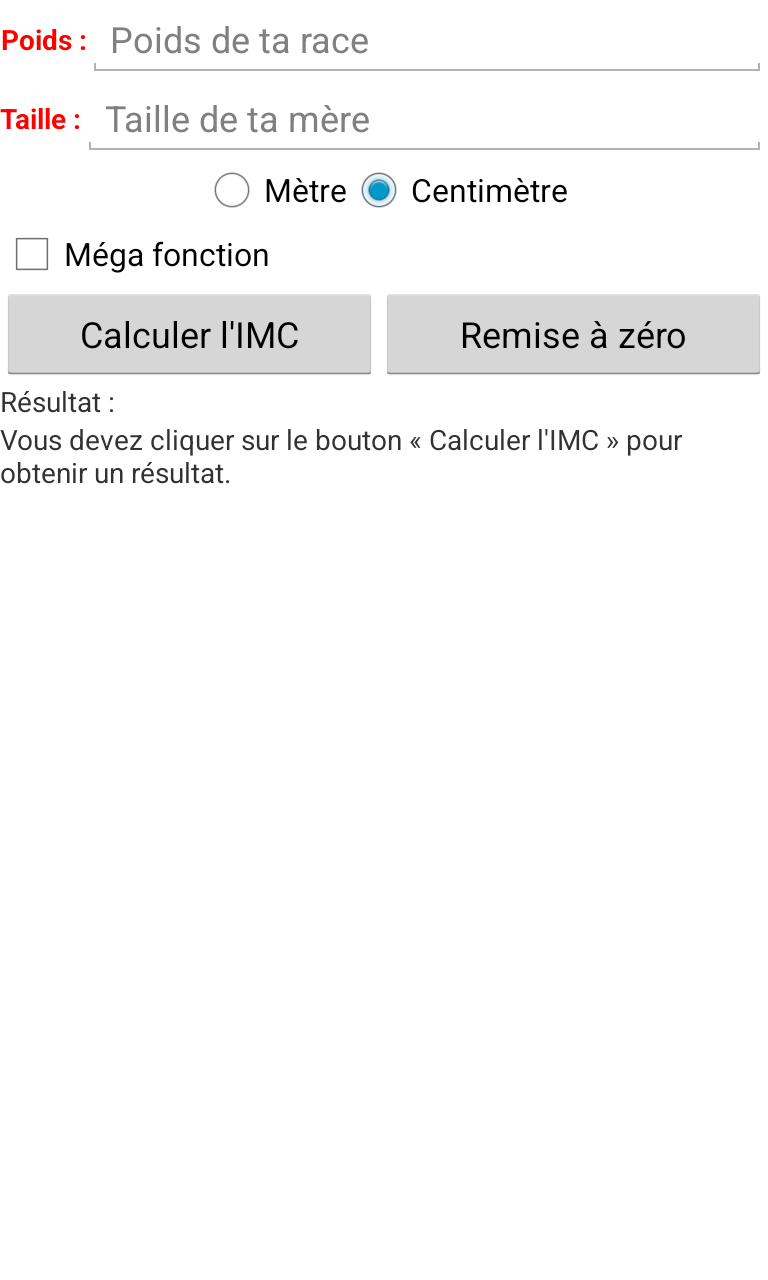
Repository: BlackyFox/PST4-NFC
Layout: Antoine/App_test/res/layout/activity_main.xml
The author's editor kept a copy of each file at every save. The layout is drawn from the files as they stood at one save, then again after the next save.
It is drawn on a 768 x 1280 px phone screen (xhdpi) without system bars, with theme AppTheme; the app's code is not run.

Above is the layout before, as saved 2014-11-03 16:43:29.

After the next save:
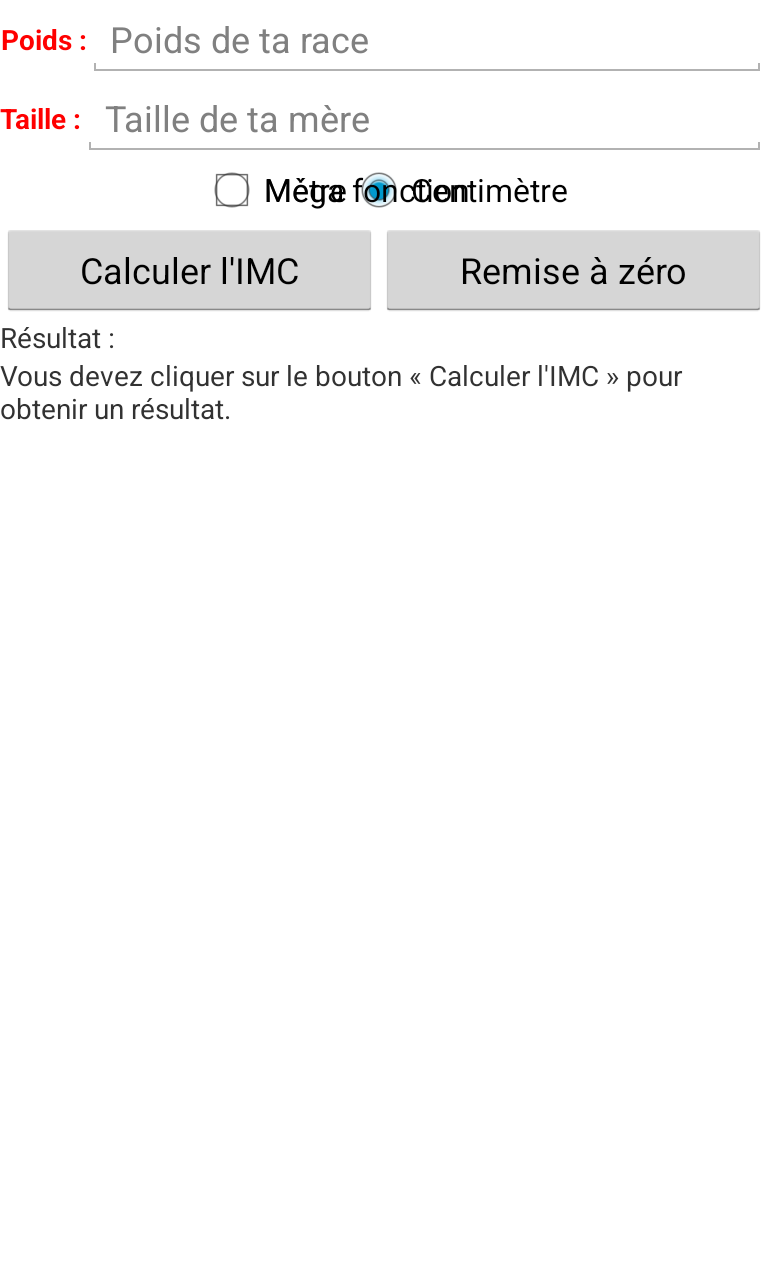
Saved 66 s later.
--- a/Antoine/App_test/res/layout/activity_main.xml
+++ b/Antoine/App_test/res/layout/activity_main.xml
@@ -66,13 +66,14 @@
       android:text="@string/cm"
     />
   </RadioGroup>
-  </RelativeLayout>
+
   <CheckBox
     android:id="@+id/mega"
     android:layout_width="wrap_content"
     android:layout_height="wrap_content"
     android:text="@string/mega"
   />
+    </RelativeLayout>
   <LinearLayout
       android:layout_width="fill_parent"
       android:layout_height="wrap_content"

After the save that followed:
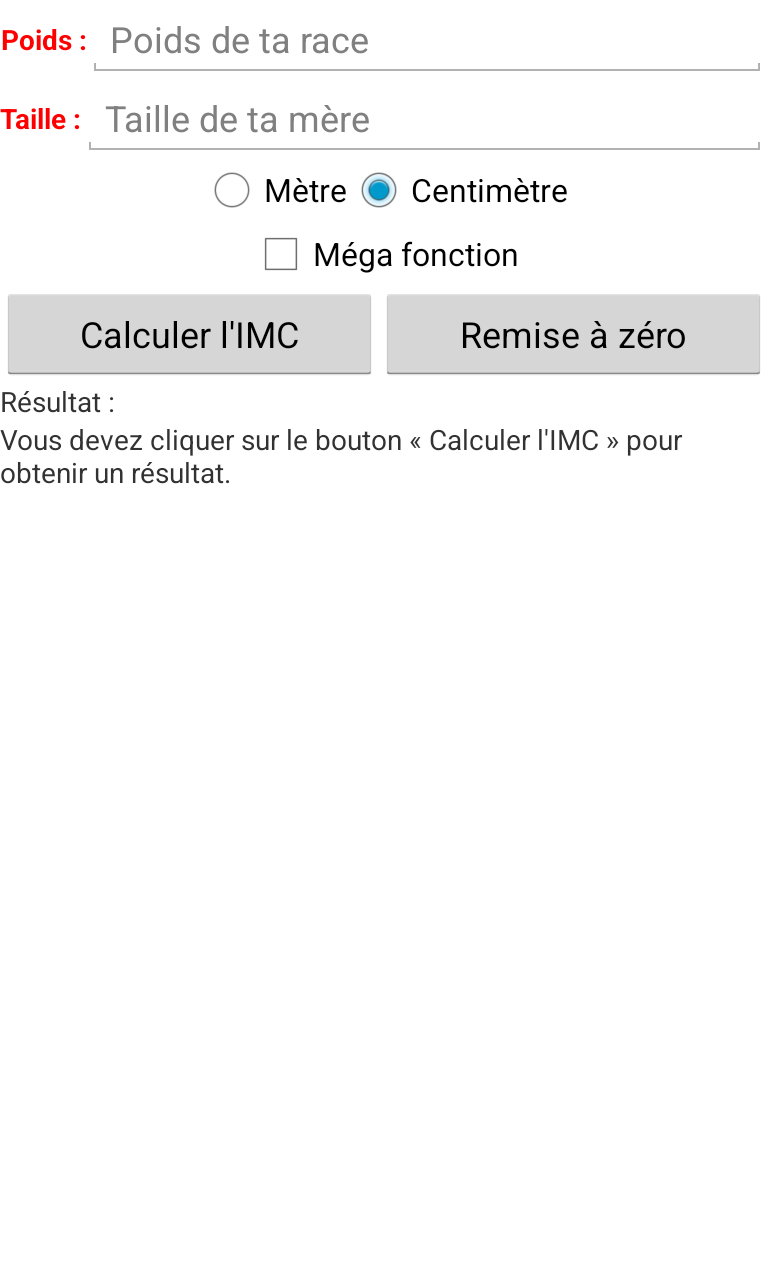
Saved 75 s later.
--- a/Antoine/App_test/res/layout/activity_main.xml
+++ b/Antoine/App_test/res/layout/activity_main.xml
@@ -66,7 +66,11 @@
       android:text="@string/cm"
     />
   </RadioGroup>
-
+    </RelativeLayout>
+    <RelativeLayout
+  android:layout_width="wrap_content"
+  android:layout_height="wrap_content"
+  android:layout_gravity="center">
   <CheckBox
     android:id="@+id/mega"
     android:layout_width="wrap_content"
